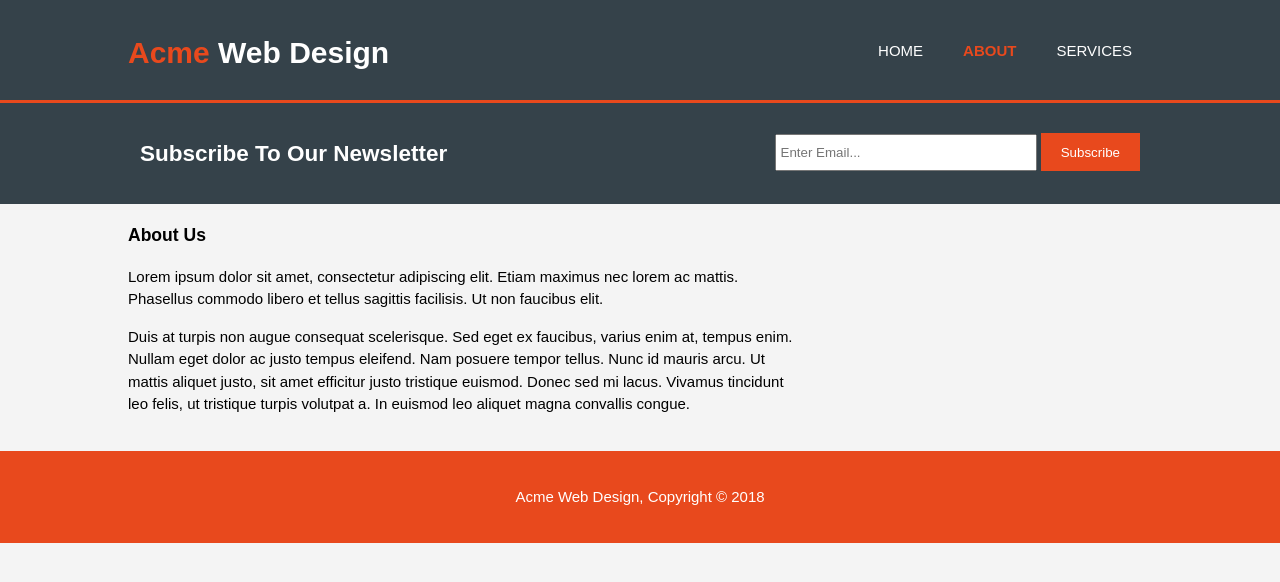
Repository: pablitoe61/exercices-html
Page: responsive/about.html
The author's editor kept a record of every edit. The page is drawn from the files as they stood at one moment, then again after the next edit.
The browser window is 1280 px wide. The pictures show the whole page.
Some web libraries are served in a nearby version.

Above is the page before.

After the next edit:
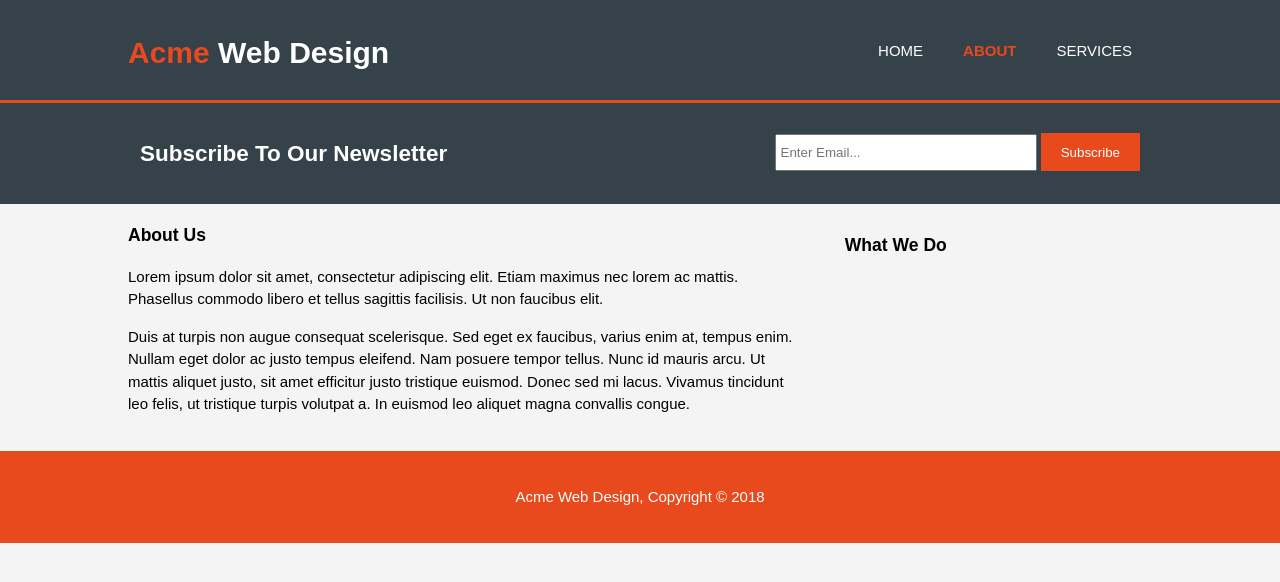
The edit:
--- a/responsive/about.html
+++ b/responsive/about.html
@@ -50,6 +50,10 @@
                             Duis at turpis non augue consequat scelerisque. Sed eget ex faucibus, varius enim at, tempus enim. Nullam eget dolor ac justo tempus eleifend. Nam posuere tempor tellus. Nunc id mauris arcu. Ut mattis aliquet justo, sit amet efficitur justo tristique euismod. Donec sed mi lacus. Vivamus tincidunt leo felis, ut tristique turpis volutpat a. In euismod leo aliquet magna convallis congue.
                         </p>
                     </article>
+
+                    <aside id="sidebar">
+                        <h3>What We Do</h3>
+                    </aside>
                 </div>
             </section>
 
